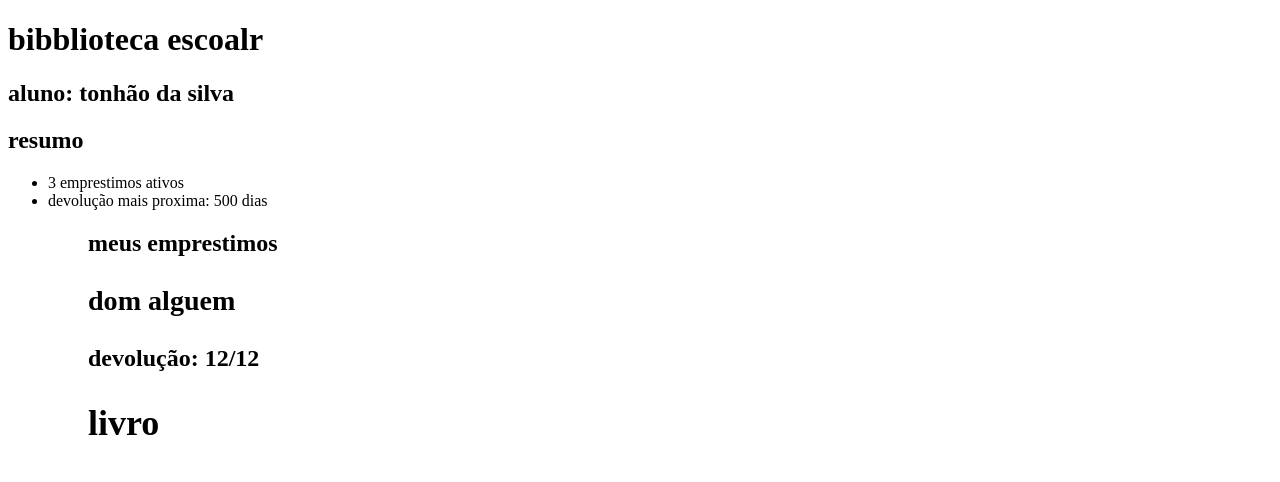
Repository: melloeduarda/html
Page: index.html
The author's editor kept a copy of each file at every save. The page is drawn from the files as they stood at one save, then again after a run of saves.
The browser window is 1280 px wide. The pictures show the whole page.

Above is the page before, as saved 2026-10-28 15:19:05.

### index.html
<!DOCTYPE html>
<html lang = "pt-br">
<head>
    <meta charset = "UTF-8">
    <meta name = "viewport" content="widnt=device-width, initial -scale1.0">
    <title>Biblioteca Escolar</title>
    <link rel = "stylesheet" href="estilo.css">
    </head>
    <body>

<header>
    <h1>bibblioteca escoalr</h1>
    <h2>aluno: tonhão da silva</h2>
<header>

    <h2>resumo</h2>
    <ul>
        <li>3 emprestimos ativos</li>
        <li>devolução mais proxima: 500 dias</li>
    <ul>
<h2>meus emprestimos<h2>
<div class="card">
        <h3>dom alguem</h3>
        <p>devolução: 12/12</p>

<h2>livro

Loaded but not shown: estilo.css (no copy from this time; the picture is the same without it)

After the next 4 saves:
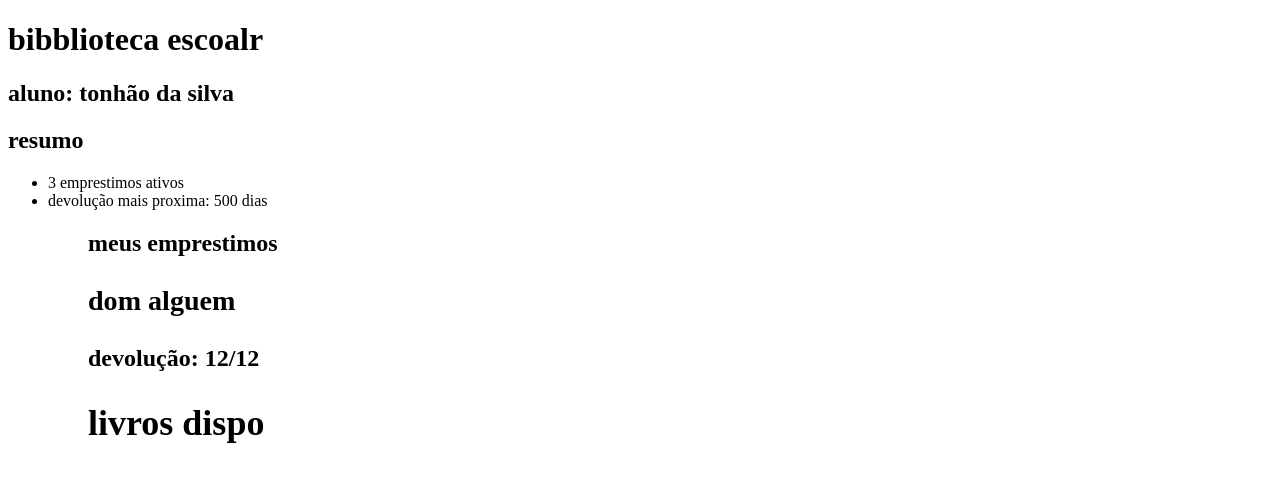
The 4 saves are shown as one change because they came seconds apart.
The last was saved 8 s later.
--- a/index.html
+++ b/index.html
@@ -23,4 +23,4 @@
         <h3>dom alguem</h3>
         <p>devolução: 12/12</p>
 
-<h2>livro
+<h2>livros dispo</h2>
